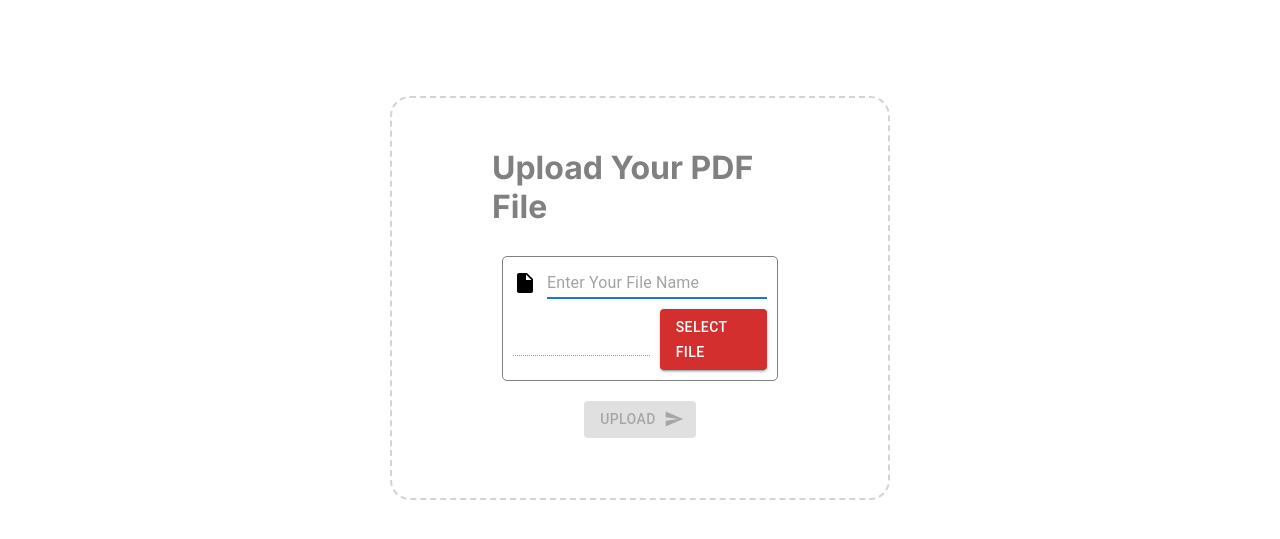
Repository: BhushanPatil-121/pdf-upload-nextjs
Page: /
An editor plug-in stored every save of this project. The page is shown before and after the next save, followed by the edit.
The browser window is 1280 px wide. The pictures show the whole page.
The project was rebuilt for these pictures with package versions that can differ from the ones it lists, and the page was loaded fresh each time. The framework's server and built-in components were replaced by stand-ins that run in the browser. Also part of the build but not shown: next.config.mjs.

Above is the page before, as saved 2024-02-29 11:15:55.

### src/app/page.tsx
"use client"
import styles from "./page.module.css";
import { styled } from '@mui/material/styles';
import Button from '@mui/material/Button';
import CloudUploadIcon from '@mui/icons-material/CloudUpload';
import { useState } from 'react';
import { Alert, Box, Stack, TextField } from "@mui/material";
import InsertDriveFileIcon from '@mui/icons-material/InsertDriveFile';
import SendIcon from '@mui/icons-material/Send';
import LoadingButton from '@mui/lab/LoadingButton';
import { CloudDownload } from "@mui/icons-material";

const VisuallyHiddenInput = styled('input')({
  clip: 'rect(0 0 0 0)',
  clipPath: 'inset(50%)',
  height: 1,
  overflow: 'hidden',
  position: 'absolute',
  bottom: 0,
  left: 0,
  whiteSpace: 'nowrap',
  width: 1,
});

export default function Home() {
  const [loading, setLoading] = useState(false);
  const [uploading, setUploding] = useState(false);
  const [fileName, setFileName] = useState<string>("")
  const [defaultFileName, setDefaultFileName] = useState<string>("")
  const [file, setFile] = useState<string>("")
  function handleClick(e: any) {
    setLoading(true);
    setTimeout(() => setLoading(false), 3000);
    setTimeout(() => {
      setUploding(true)
      setFileName("")
      setFile("")
    }, 3000);
    setTimeout(() => setUploding(false), 6000);
    e.preventDefault();
    let formData = new FormData();
    formData.append('filename', fileName);
    formData.append('file', file);
    console.log(fileName, file);
  }
  return (
    <main className={styles.main}>
      <div className={styles.mainContainer}>
        <h1 className={styles.mainHeading}>Upload Your PDF File</h1>
        <form className={styles.mainForm}>
          <div className={styles.mainFormContainer}>
            <div className={styles.mainFormSubContainer1}>
              <InsertDriveFileIcon />
              <Box sx={{width:'100%'}}>
              <TextField
                id="standard-basic"
                fullWidth
                placeholder="Enter Your File Name"
                value={fileName}
                autoFocus
                onChange={(e) => { setFileName(e.target.value) }}
                variant="standard" />
              </Box>
            </div>
            <div className={styles.mainFormSubContainer2}>
              <Box sx={{width:'60%'}}>
              <TextField
                id="standard-multiline-static"
                multiline
                fullWidth
                rows={1}
                disabled
                variant="standard"
                value={defaultFileName}
              />
              </Box>
              <Button
                component="label"
                role={undefined}
                variant="contained"
                tabIndex={-1}
                color={file ? "success" : "error"}
                onChange={(e: any) => {
                  setFile(e.target.files[0]);
                  setDefaultFileName(e.target.files[0].name);
                }}>Select file
                <VisuallyHiddenInput type="file" accept="application/pdf" />
              </Button>
            </div>
          </div>
          <LoadingButton
            onClick={handleClick}
            endIcon={<SendIcon />}
            loading={loading}
            disabled={fileName.length < 1}
            loadingPosition="end"
            variant="contained">
            {
              loading ? "Uploading..." : "Upload"
            }
          </LoadingButton>
        </form>
      </div>
      {
        uploading &&
        <Stack sx={{ width: '50%' }} spacing={2}>
          <Alert variant="filled" severity="success">
            File Upload Successfully
          </Alert>
        </Stack>
      }
    </main>
  );
}

### src/app/globals.css


* {
  box-sizing: border-box;
  padding: 0;
  margin: 0;
}

html,
body {
  max-width: 100vw;
  overflow-x: hidden;
}


a {
  color: inherit;
  text-decoration: none;
}

### src/app/page.module.css
.main {
  display: flex;
  flex-direction: column;
  justify-content: start;
  gap: 20px;
  align-items: center;
  padding: 6rem 0;
  min-height: 100vh;
}

.mainContainer {
  width: 500px;
  display: flex;
  flex-direction: column;
  justify-content: center;
  align-items: center;
  padding: 50px 100px;
  border-radius: 20px;
  border: dashed 2px lightgrey;
}

.mainHeading {
  color: grey;
}

.mainForm {
  display: flex;
  flex-direction: column;
  align-items: center;
  justify-content: center;
  width: 100%;
  padding: 10px;
  border-radius: 10px;
}

.mainFormContainer {
  display: flex;
  flex-direction: column;
  align-items: center;
  justify-content: center;
  width: 100%;
  height: 100%;
  border: 1px solid grey;
  border-radius: 5px;
  padding: 10px;
  gap: 10px;
  margin: 20px;
}

.mainFormSubContainer1 {
  display: flex;
  flex-direction: row;
  align-items: center;
  justify-content: center;
  gap: 10px;
  width: 100%;
}

.mainFormSubContainer2 {
  display: flex;
  flex-direction: row;
  align-items: center;
  justify-content: space-evenly;
  gap: 10px;
  width: 100%;

}

Loaded but not shown: src/app/layout.tsx (common file)

After the next save:
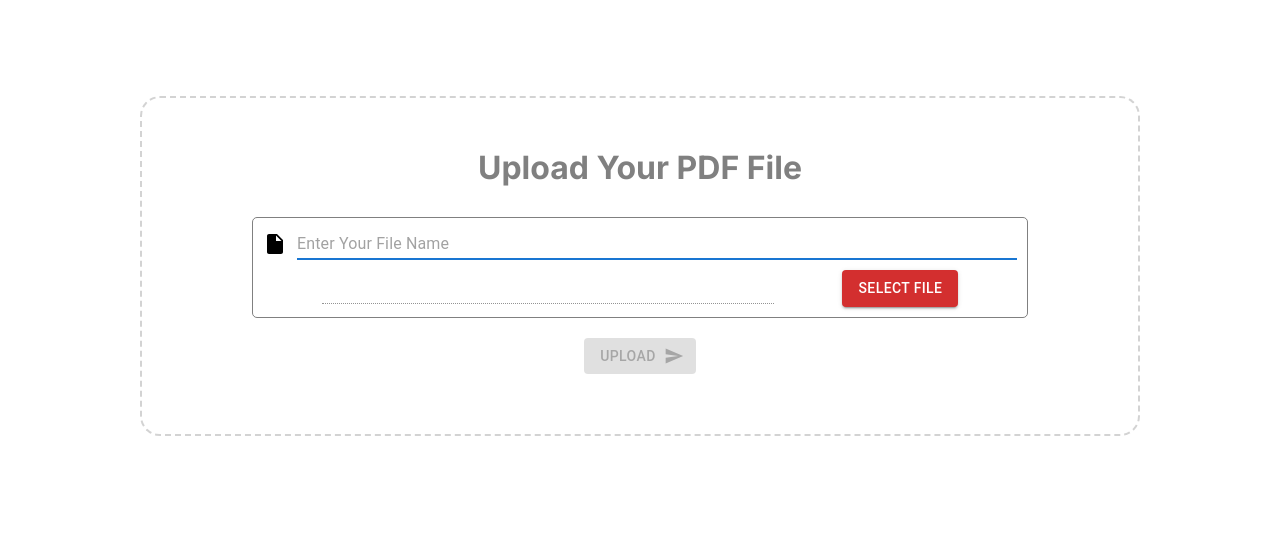
Saved 11 s later.
--- a/src/app/page.module.css
+++ b/src/app/page.module.css
@@ -9,7 +9,7 @@
 }
 
 .mainContainer {
-  width: 500px;
+  width: 1000px;
   display: flex;
   flex-direction: column;
   justify-content: center;
